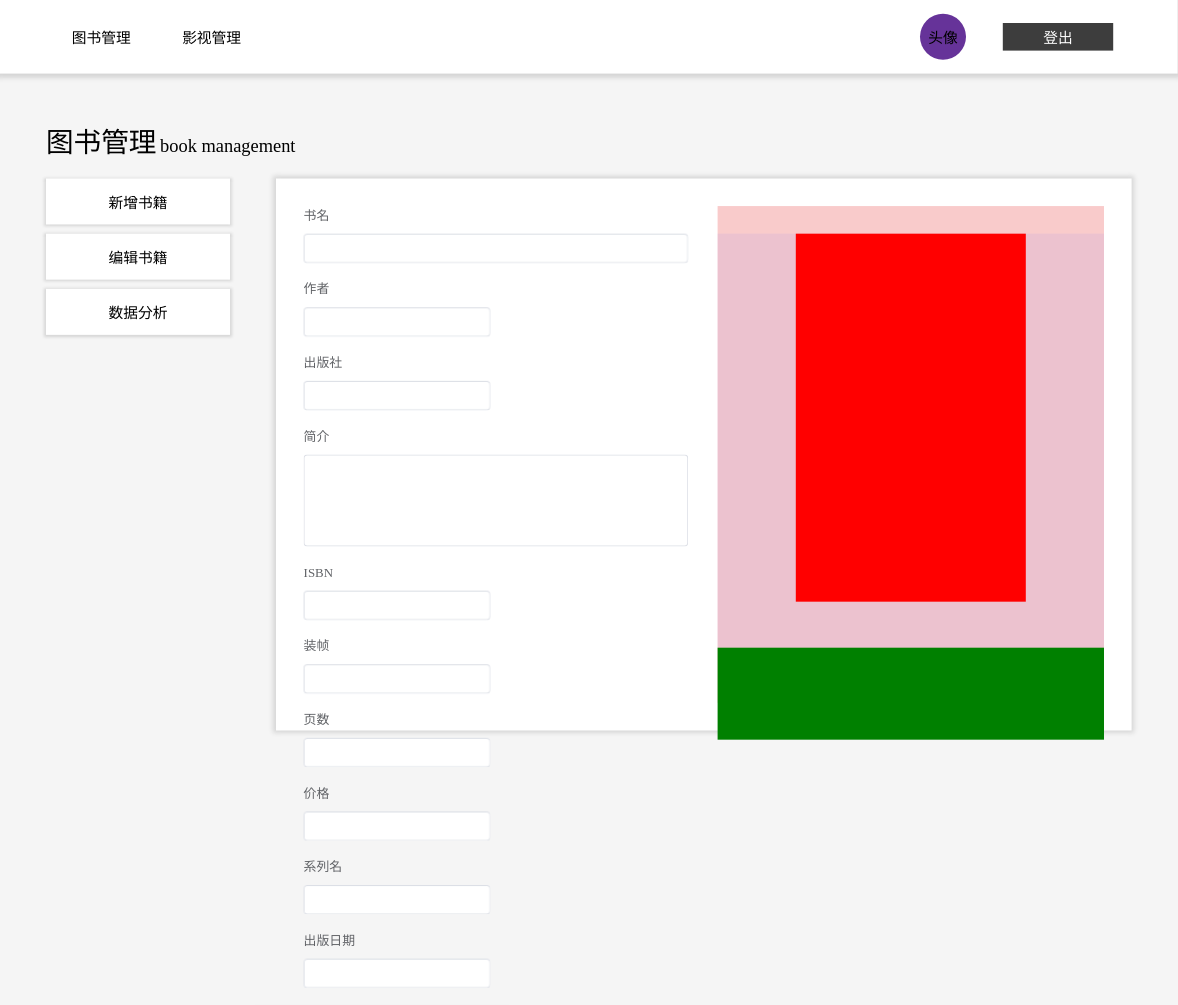
Repository: quanwangniuniu/Oasis-Reading-Platform
Page: /#/admin/books (app in Vue-frontend/)
The author's editor kept a copy of each file at every save. The page is drawn from the files as they stood at one save, then again after the next save.
The browser window is 1280 px wide. The pictures show the whole page, at 92% of full size.
Some web fonts or font styles are not loaded; a fallback is used. The project was rebuilt for these pictures with package versions that can differ from the ones it lists, and the page was loaded fresh each time. Also part of the build but not shown: Vue-frontend/vite.config.js, Vue-frontend/src/components/Test.vue, Vue-frontend/src/components/user/books/BookCard.vue, Vue-frontend/src/components/axios/config.js, Vue-frontend/src/components/axios/api.js, Vue-frontend/src/components/user/books/Books.vue, Vue-frontend/src/components/user/movies/Favourites.vue, Vue-frontend/src/components/user/explore/Explore.vue and 10 more.

Above is the page before, as saved 2023-04-13 16:56:04.

After the next save:
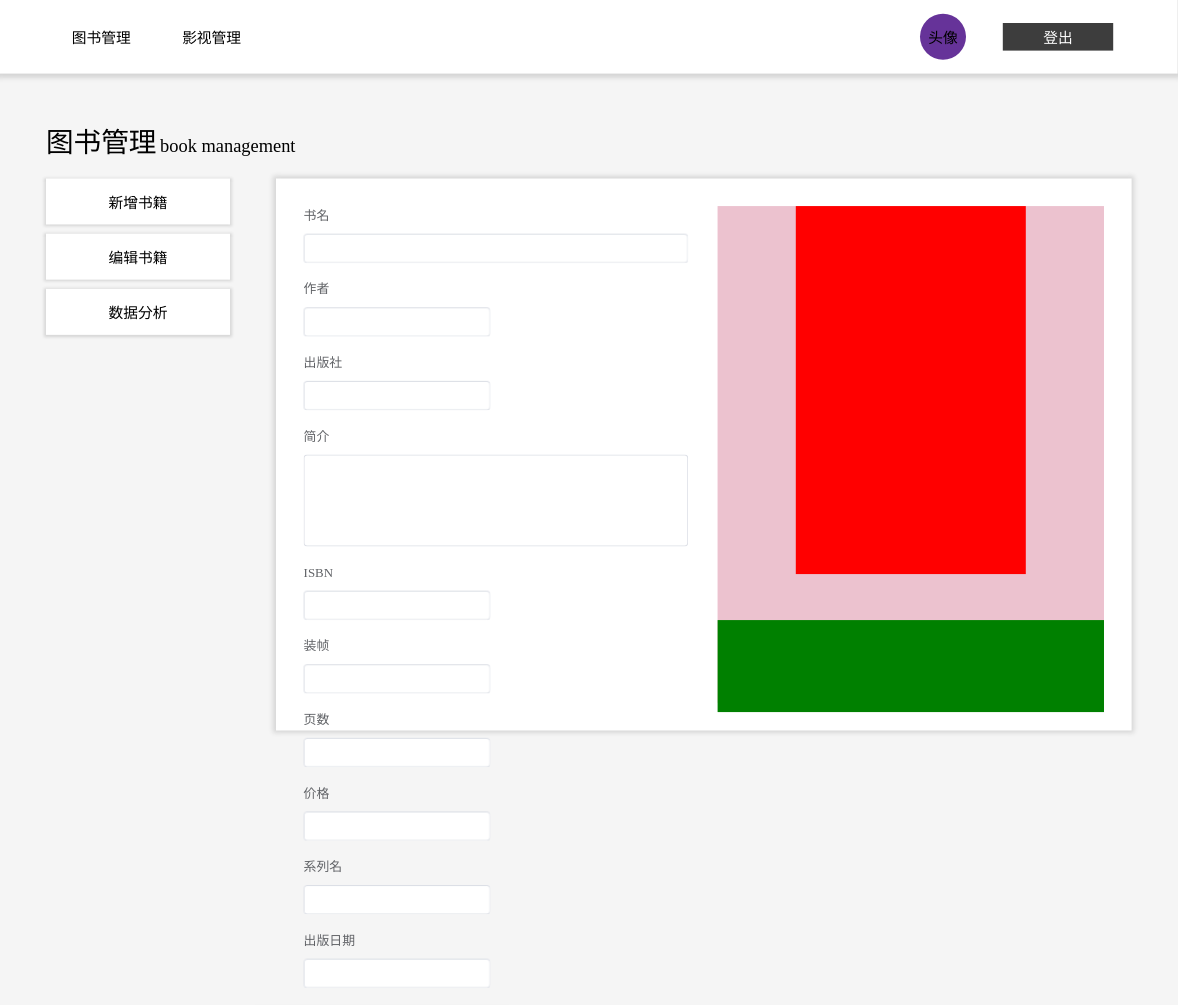
Saved 15 s later.
--- a/Vue-frontend/src/components/admin/bookManagement/BookManagement.vue
+++ b/Vue-frontend/src/components/admin/bookManagement/BookManagement.vue
@@ -137,7 +137,6 @@ const bookItem = ref({
   height: 400px;
   background-color: red;
   margin: 0 auto;
-  margin-top: 30px;
 }
 
 .submit{
